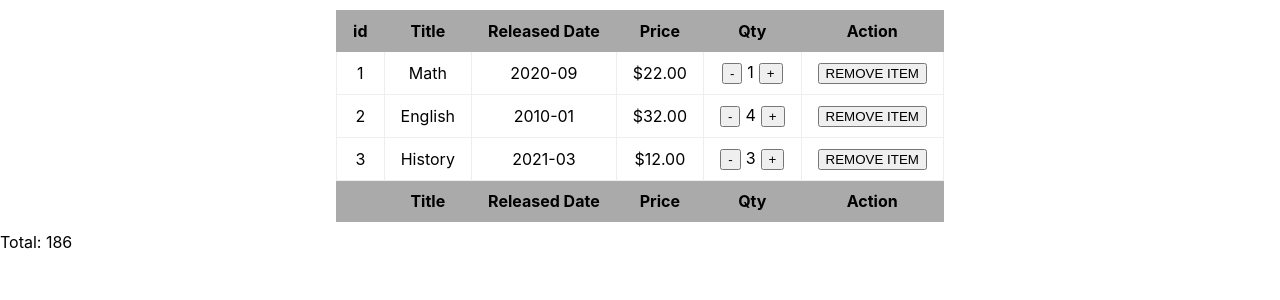
Repository: vgg1kkh/myBookStoreBasket
Page: /
These files come from the project's save history. The page is drawn as it stood at one moment and after a run of saves; the edit follows.
The browser window is 1280 px wide. The pictures show the whole page.
The project was rebuilt for these pictures with package versions that can differ from the ones it lists, and the page was loaded fresh each time.

Above is the page before, as saved 2021-10-07 16:39:48.

After the next 2 saves:
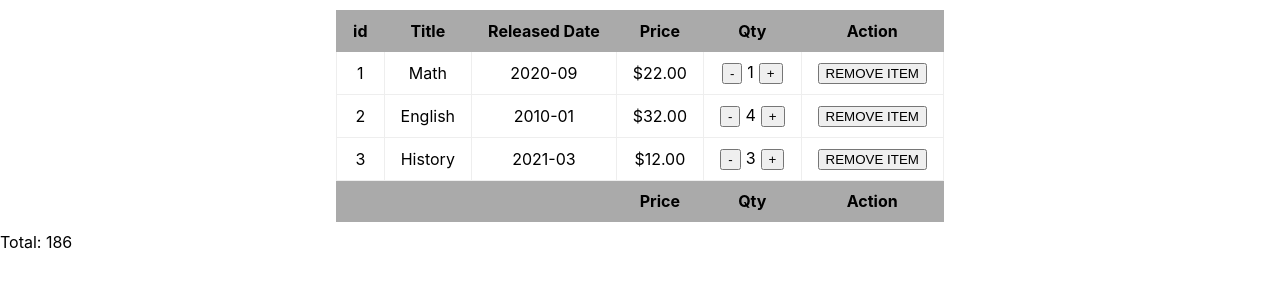
The 2 saves are shown as one change because they came seconds apart.
The last was saved 6 s later.
--- a/src/App.js
+++ b/src/App.js
@@ -62,8 +62,8 @@ export default class App extends Component {
               })}
               <tr>
                 <th></th>
-                <th>Title</th>
-                <th>Released Date</th>
+                <th></th>
+                <th></th>
                 <th>Price</th>
                 <th>Qty</th>
                 <th>Action</th>
